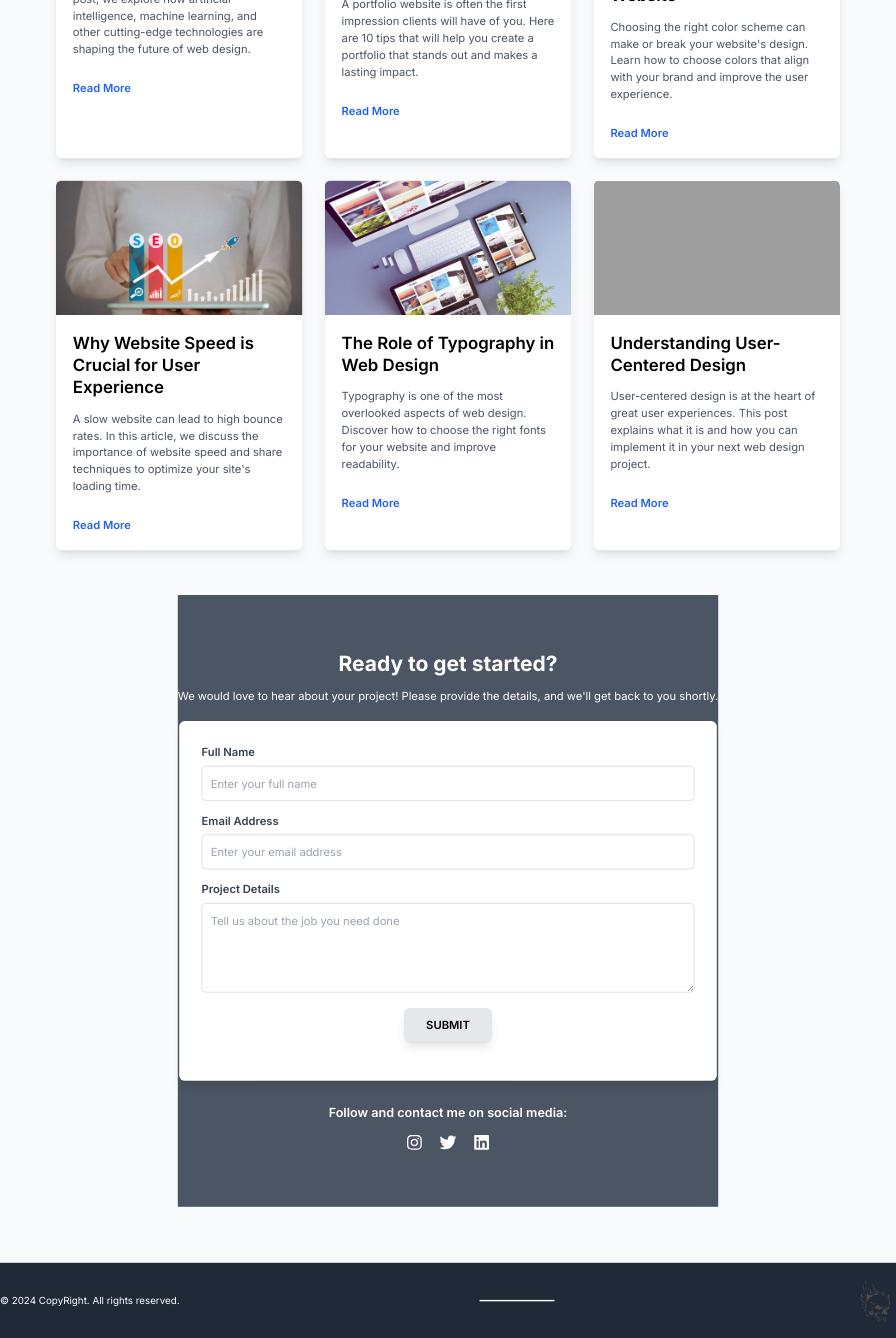
Repository: TheSecretlifeOfX/landing1
Page: /
These files come from the project's save history. The page is drawn as it stood at one moment and after the next save; the edit follows.
The browser window is 1280 px wide. The pictures show the part of the page from y = 3010 to 4930 px (the page is 4922 px tall before and 4930 px after), at 70% of full size.
Pictures or frames that could not be fetched are drawn as grey boxes. The project was rebuilt for these pictures with package versions that can differ from the ones it lists, and the page was loaded fresh each time. The framework's server and built-in components were replaced by stand-ins that run in the browser. Also part of the build but not shown: next.config.js.

Above is the page before, as saved 2024-11-16 08:45:42.

After the next save:
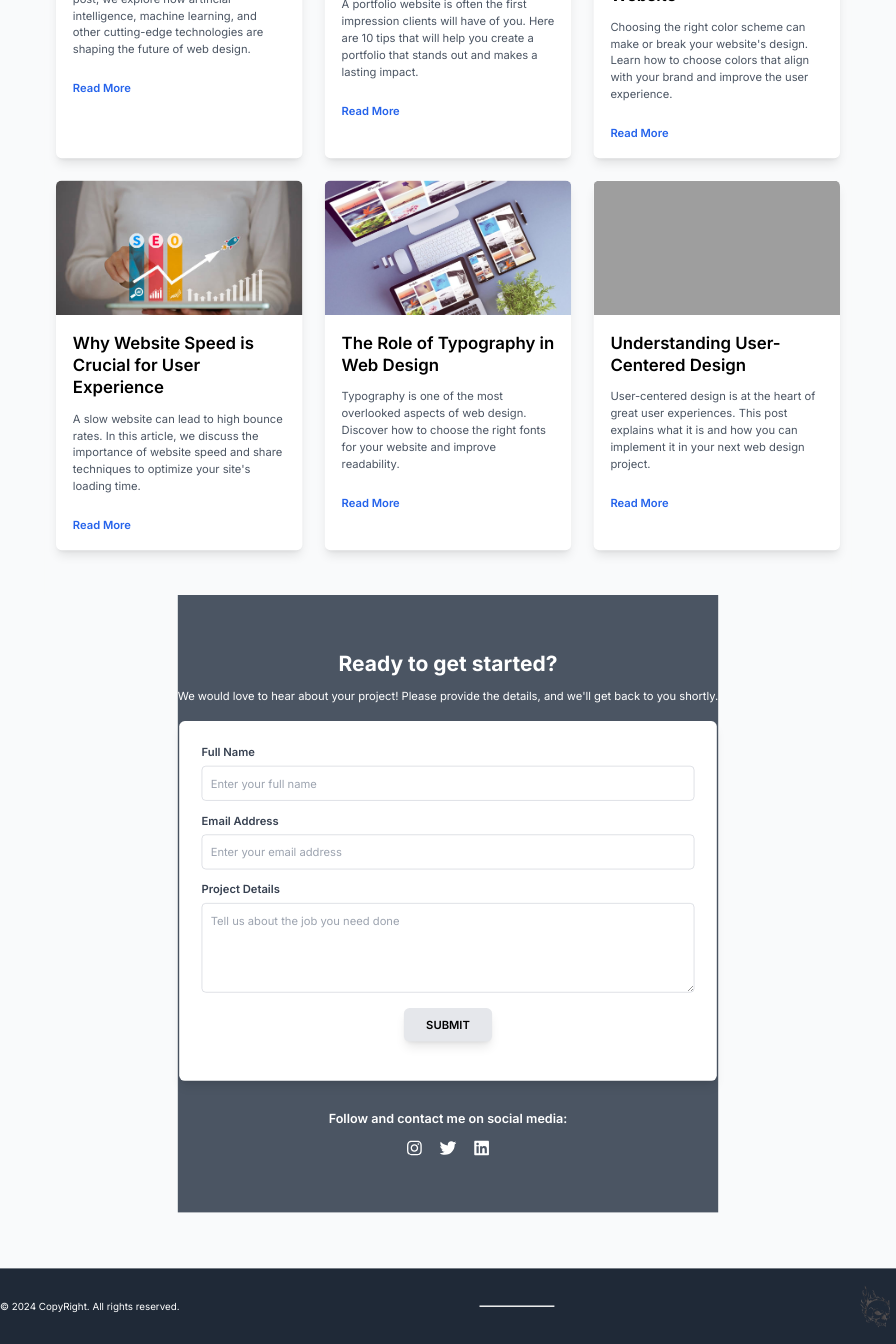
Saved 14 s later.
--- a/app/components/CallToAction.tsx
+++ b/app/components/CallToAction.tsx
@@ -52,7 +52,7 @@ export default function CallToAction() {
       </form>
 
       {/* Social Media Links with Icons */}
-      <div className="mt-8 mb-[-2]">
+      <div className="mt-10 mb-[-2]">
         <p className="text-lg font-semibold">Follow and contact me on social media:</p>
         <div className="flex justify-center space-x-6 mt-4">
           <a
